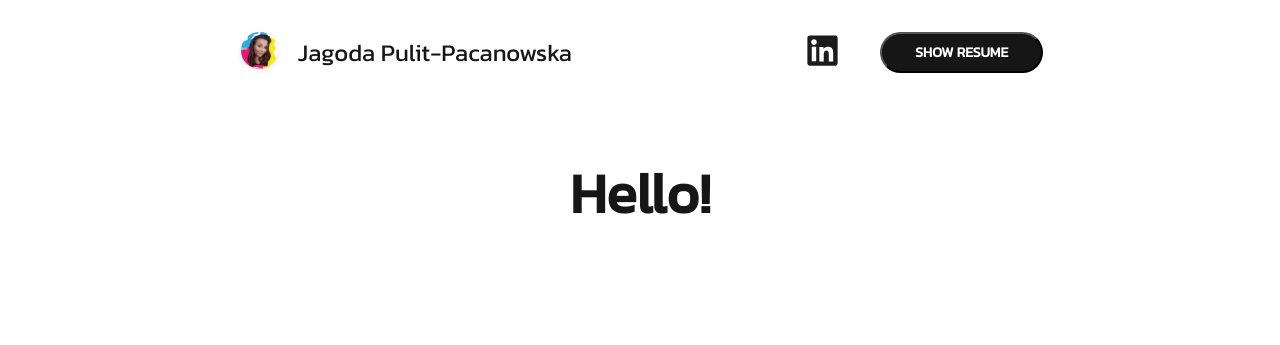
Repository: remigiuszpulit/ux-ui-portfolio
Page: /
The author's editor kept a copy of each file at every save. The page is drawn from the files as they stood at one save, then again after the next save.
The browser window is 1280 px wide. The pictures show the whole page.
The project was rebuilt for these pictures with package versions that can differ from the ones it lists, and the page was loaded fresh each time.

Above is the page before, as saved 2022-09-22 20:59:41.

### src/App.js
import {
  BrowserRouter,
  Routes,
  Route,
} from "react-router-dom";
import styled from "styled-components";
import Navbar from "./components/Navbar";
import GlobalStyle from "./globalStyles";
import Index from "./pages";

function App() {
  return (<>
  <GlobalStyle/>
  <BrowserRouter>
  <Navbar/>
    <GlobalContainer>
    <Routes>
      <Route path="/" element={<Index />}>
        {/* <Route path="expenses" element={<Expenses />} />
        <Route path="invoices" element={<Invoices />} /> */}
      </Route>
    </Routes>
    </GlobalContainer>
  </BrowserRouter></>)
};

export default App;

const GlobalContainer = styled.div`
display: flex;
justify-content: center;
`

### src/components/Navbar.js
import React from 'react';
import styled from 'styled-components';
import avatar from '../static/avatar.svg'
import LinkedinIcon from '../static/LinkedinIcon.svg'
import "@fontsource/kanit"


function Navbar(props) {
return (
<NavContainer>
    <NavWrapper>
    <ItemsWrapper>
        <img src={avatar}/>
        <LogoText>
        Jagoda Pulit-Pacanowska
        </LogoText>
    </ItemsWrapper>
    <ItemsWrapper>
    <a href='https://www.linkedin.com/in/jagoda-pulit/' target={'_blank'} >
        <img src={LinkedinIcon}/>
    </a>
    <ResumeButton>
    <ResumeButtonText>
    show resume
    </ResumeButtonText>
    </ResumeButton>
    </ItemsWrapper>

    </NavWrapper>
</NavContainer>
);
}

export default Navbar;

const NavContainer = styled.nav`
height: 105px;
background: rgba(232, 228, 222, 0.01);
backdrop-filter: blur(3px);
position: sticky;
display: flex;
justify-content: center;
`

const NavWrapper = styled.div`
width: 63%;
display: flex;
justify-content: space-between;
`
const ItemsWrapper = styled.div`
display: flex;
align-items: center;
`
const LogoText = styled.h3`
margin-left: 16px;
font-family: 'Kanit';
font-style: normal;
font-weight: 500;
font-size: 24px;
line-height: 124%;
color: #161616;
`

const ResumeButton = styled.button`
display: flex;
flex-direction: row;
width: 163px;
height: 41px;
justify-content: center;
margin-left: 42px;
align-items: center;
padding: 10px;
background: #161616;
border-radius: 159px;
`

const ResumeButtonText = styled.h4`
font-family: 'Kanit';
font-style: normal;
font-weight: 600;
font-size: 14px;
line-height: 21px;
/* identical to box height */

text-transform: uppercase;

color: #FFFFFF;


/* Inside auto layout */

flex: none;
order: 0;
flex-grow: 0;
`

### src/globalStyles.js
import { createGlobalStyle } from "styled-components";


const GlobalStyle = createGlobalStyle`
  body {
    margin: 0;
    padding: 0;
  }
`;

export default GlobalStyle;

### src/pages/index.js
import React from 'react';
import styled from 'styled-components';

function Index(props) {
return (
<Container><Head>
    <HelloText>
        Hello!
    </HelloText>
    </Head></Container>
);
}

export default Index;

const Container = styled.section`
width: 63%;
`

const Head = styled.div`
display: flex;
justify-content: center;
align-items: center;
`

const HelloText = styled.h1`
font-family: 'Kanit';
font-style: normal;
font-weight: 700;
font-size: 56px;
line-height: 84px;
/* identical to box height */

text-align: center;

/* Black */

color: #161616;

`

Loaded but not shown: public/index.html (common file); src/index.js (common file); src/index.css (common file); src/reportWebVitals.js (common file)

After the next save:
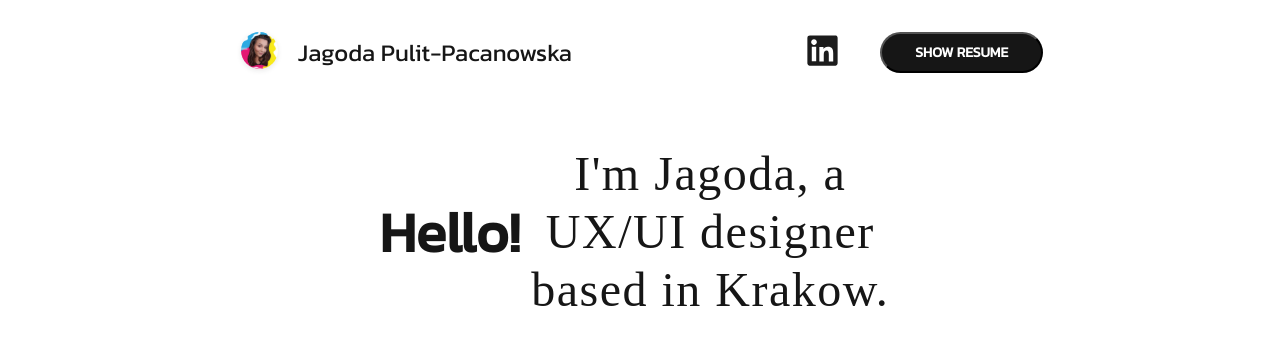
Saved 99 s later.
--- a/src/pages/index.js
+++ b/src/pages/index.js
@@ -7,6 +7,9 @@
     <HelloText>
         Hello!
     </HelloText>
+    <HeroText>
+    I'm Jagoda, a UX/UI designer based in Krakow.
+    </HeroText>
     </Head></Container>
 );
 }
@@ -29,12 +32,19 @@
 font-weight: 700;
 font-size: 56px;
 line-height: 84px;
-/* identical to box height */
+text-align: center;
+color: #161616;
+`
 
+const HeroText = styled.h2`
+width: 381px;
+height: 174px;
+font-family: 'Cabin';
+font-style: normal;
+font-weight: 500;
+font-size: 48px;
+line-height: 58px;
 text-align: center;
-
-/* Black */
-
+letter-spacing: 1.5px;
 color: #161616;
-
 `
